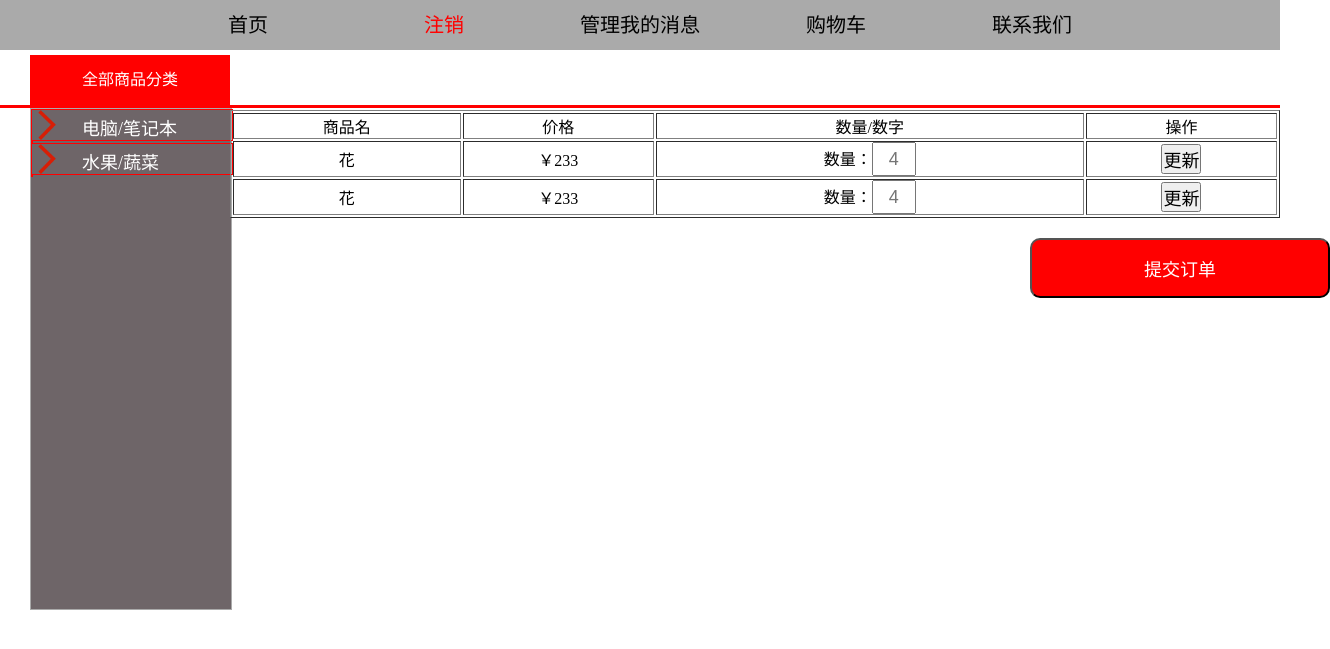
Repository: huaermao123/shopping
Page: http://localhost/Login2_02/gouwuche.jsp
These files come from the project's save history. The page is drawn as it stood at one moment and after the next save; the edit follows.
The browser window is 1280 px wide. The page is 1330 px wide, so the pictures cover 1330 px, including what lies to the right of the window. The pictures show the whole page.
The page is served by Tomcat 9.

Above is the page before, as saved 2017-10-16 15:00:48.

After the next save:
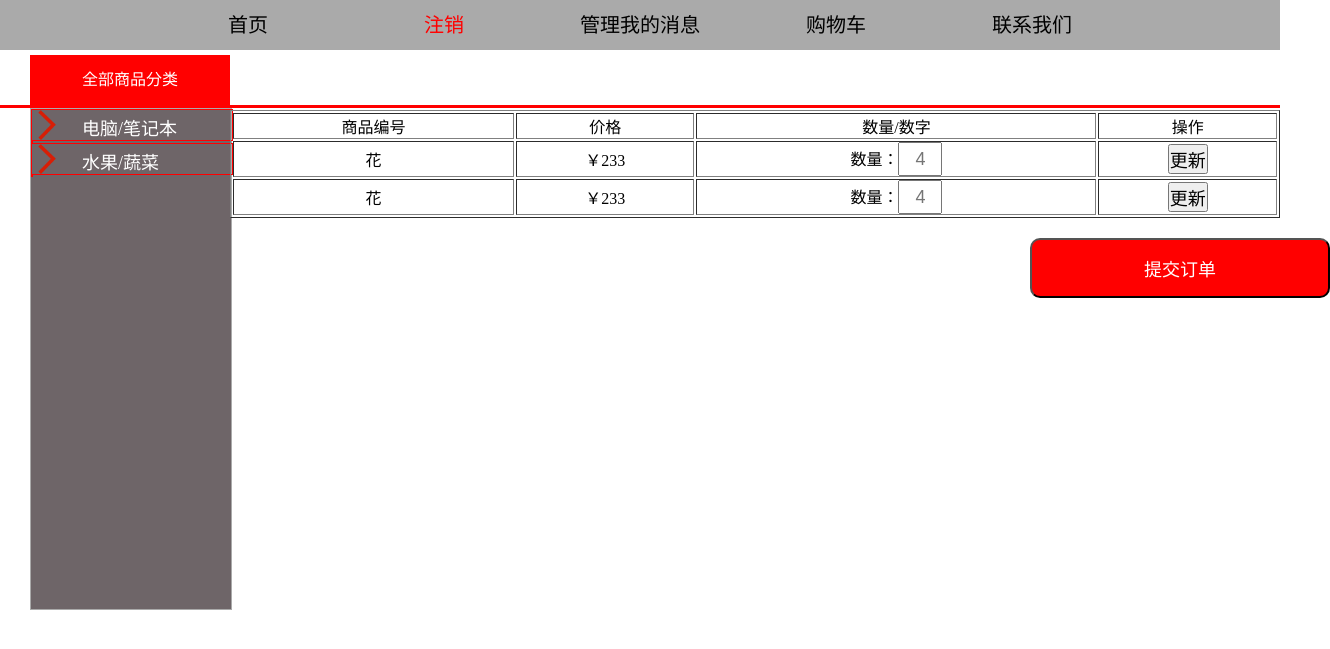
Saved 11 h 45 min later.
--- a/Login2_02/WebContent/gouwuche.jsp
+++ b/Login2_02/WebContent/gouwuche.jsp
@@ -100,7 +100,7 @@
 			<table border="1px"  style="text-align: center;">
 
 				<tr>
-					<td>商品名</td>
+					<td>商品编号</td>
 					<td>价格</td>
 					<td>数量/数字</td>
 					<td>操作</td>
